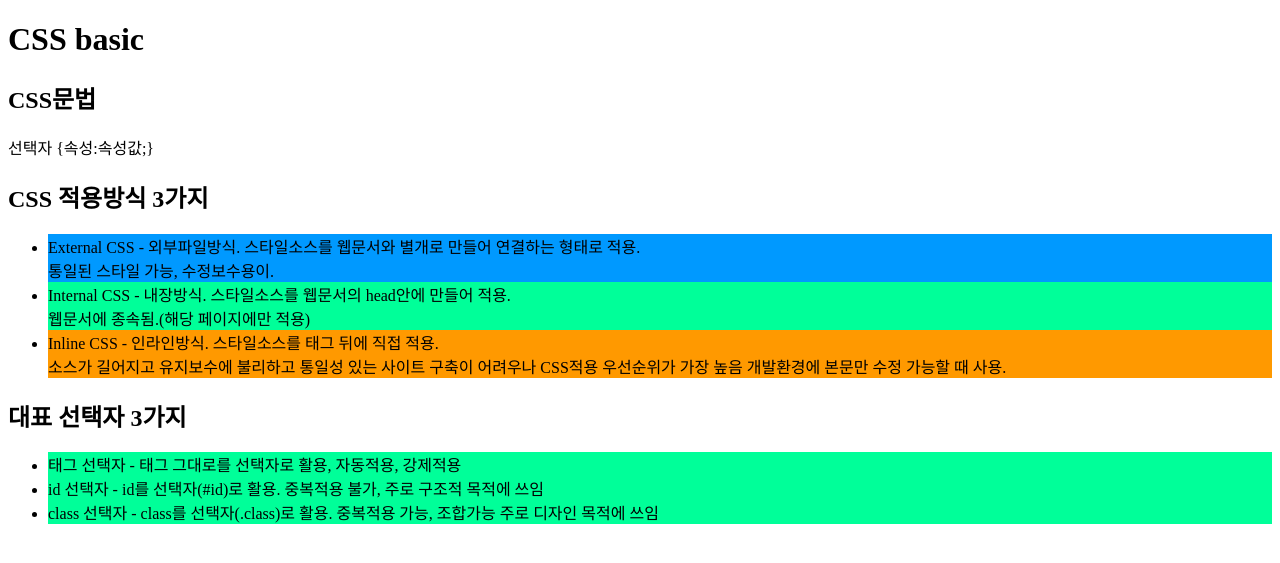
Repository: Git-Seokcoding/WEB
Page: CSS3/src/main/webapp/basic.html
These files come from the project's save history. The page is drawn as it stood at one moment and after the next save; the edit follows.
The browser window is 1280 px wide. The pictures show the whole page.

Above is the page before, as saved 2023-10-12 08:09:05.

### CSS3/src/main/webapp/basic.html
<!DOCTYPE html>
<html>
<head>
<meta charset="UTF-8">
<title>CSS basic</title>
	<link href="basic.css" rel="stylesheet"><!-- 	external css방식 -->

	<style type="text/css">
		/* 	internal css방식 */
		li{background-color:#0f9;}
	</style>
</head>
<body>
	<h1>CSS basic</h1>
	<h2>CSS문법</h2>
	<p>선택자 {속성:속성값;}</p>

	<h2>CSS 적용방식 3가지</h2>
	<ul>
		<li id="ex">External CSS
		- 외부파일방식. 스타일소스를 웹문서와 별개로 만들어 연결하는 형태로 적용. <br>
		  통일된 스타일 가능, 수정보수용이.</li>
		<li>Internal CSS
		- 내장방식. 스타일소스를 웹문서의 head안에 만들어 적용.<br>
		  웹문서에 종속됨.(해당 페이지에만 적용)</li>
		<li style="background-color: #f90;">Inline CSS
		- 인라인방식. 스타일소스를 태그 뒤에 직접 적용. <br>
		  소스가 길어지고 유지보수에 불리하고 통일성 있는 사이트 구축이 어려우나 CSS적용 우선순위가 가장 높음
		  개발환경에 본문만 수정 가능할 때 사용.</li>
	</ul>

	<h2>대표 선택자 3가지</h2>
	<ul>
	<li>태그 선택자  - 태그 그대로를 선택자로 활용, 자동적용, 강제적용</li>
	<li>id 선택자 - id를 선택자(#id)로 활용. 중복적용 불가, 주로 구조적 목적에 쓰임</li>
	<li>class 선택자 - class를 선택자(.class)로 활용. 중복적용 가능, 조합가능 주로 디자인 목적에 쓰임</li>
	</ul>
</body>
</html>

### CSS3/src/main/webapp/basic.css
@charset "UTF-8";
#ex {background-color: #09f;}

After the next save:
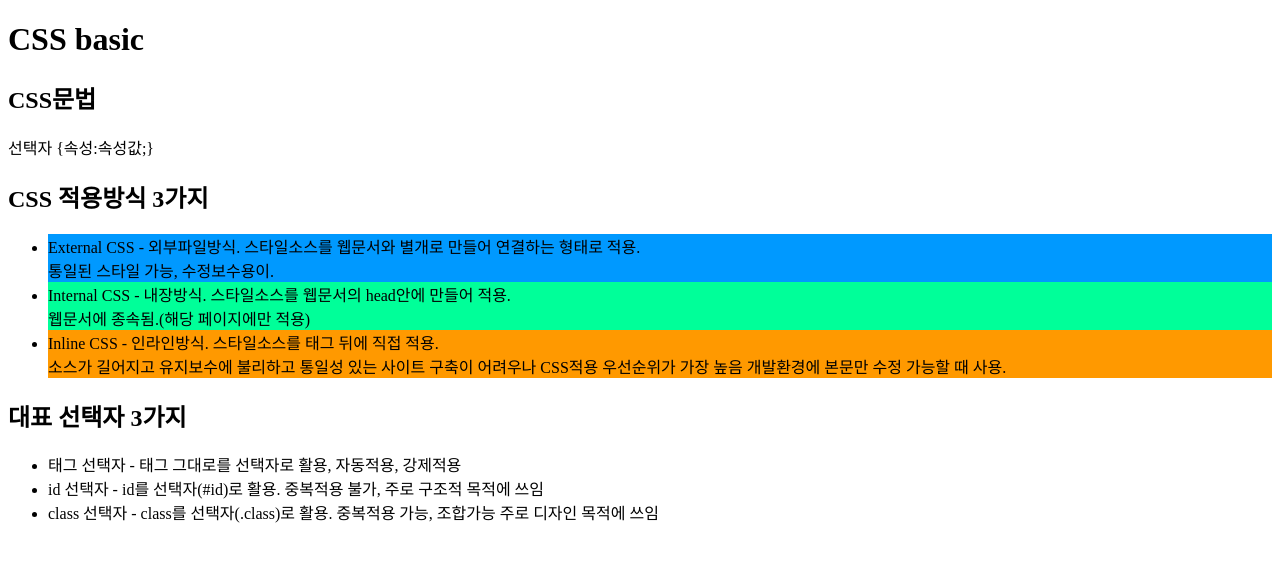
Saved 45 s later.
--- a/CSS3/src/main/webapp/basic.html
+++ b/CSS3/src/main/webapp/basic.html
@@ -7,7 +7,7 @@
 
 	<style type="text/css">
 		/* 	internal css방식 */
-		li{background-color:#0f9;}
+		#in {background-color:#0f9;}
 	</style>
 </head>
 <body>
@@ -20,7 +20,7 @@
 		<li id="ex">External CSS
 		- 외부파일방식. 스타일소스를 웹문서와 별개로 만들어 연결하는 형태로 적용. <br>
 		  통일된 스타일 가능, 수정보수용이.</li>
-		<li>Internal CSS
+		<li id="in">Internal CSS
 		- 내장방식. 스타일소스를 웹문서의 head안에 만들어 적용.<br>
 		  웹문서에 종속됨.(해당 페이지에만 적용)</li>
 		<li style="background-color: #f90;">Inline CSS
